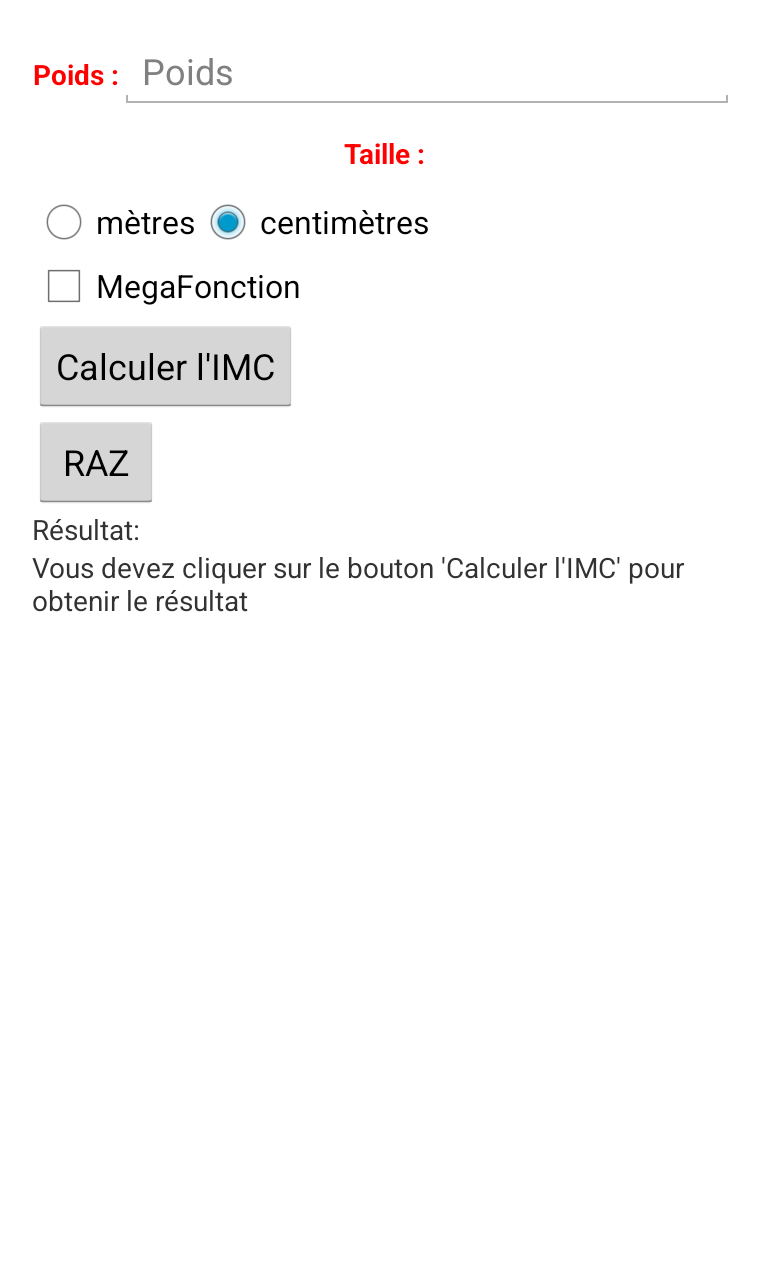
Repository: mikaelpopowicz/cours
Layout: graph/test/res/layout/activity_main.xml
These files come from the project's save history. The layout is drawn as it stood at one moment and after the next save; the edit follows.
It is drawn on a 768 x 1280 px phone screen (xhdpi) without system bars, with theme AppTheme; the app's code is not run.

Above is the layout before, as saved 2014-02-27 07:34:05.

### graph/test/res/layout/activity_main.xml
<LinearLayout xmlns:android="http://schemas.android.com/apk/res/android"
    xmlns:tools="http://schemas.android.com/tools"
    android:layout_width="match_parent"
    android:layout_height="match_parent"
    android:paddingBottom="@dimen/activity_vertical_margin"
    android:paddingLeft="@dimen/activity_horizontal_margin"
    android:paddingRight="@dimen/activity_horizontal_margin"
    android:paddingTop="@dimen/activity_vertical_margin"
    tools:context=".MainActivity"
    android:orientation="vertical" >

    <LinearLayout
        android:layout_width="fill_parent"
        android:layout_height="wrap_content"
        android:orientation="horizontal" >

        <TextView
        android:layout_width="wrap_content"
        android:layout_height="wrap_content"
        android:text="Poids :"
        android:textStyle="bold"
        android:textColor="#FF0000"
        android:gravity="center"/>

    <EditText
        android:id="@+id/poids"
        android:layout_width="fill_parent"
        android:layout_height="wrap_content"
        android:hint="Poids"
        android:inputType="numberDecimal"
        android:layout_weight="1"/>
    </LinearLayout>

    <LinearLayout
        android:layout_width="fill_parent"
        android:layout_height="wrap_content"
        android:orientation="horizontal">

        <TextView
        android:layout_width="fill_parent"
        android:layout_height="wrap_content"
        android:text="Taille :"
        android:textStyle="bold"
        android:textColor="#FF0000"
        android:gravity="center"/>

    <EditText
        android:id="@+id/taille"
        android:layout_width="fill_parent"
        android:layout_height="wrap_content"
        android:hint="taille"
        android:inputType="numberDecimal"
        android:layout_weight="1"/>

    </LinearLayout>



    <RadioGroup
        android:id="@+id/group"
  		android:layout_width="wrap_content"
  		android:layout_height="wrap_content"
  		android:orientation="horizontal" >
  		<RadioButton
  		    android:id="@+id/radio1"
    		android:layout_width="wrap_content"
    		android:layout_height="wrap_content"
    		android:text="mètres" />
  		<RadioButton
  		    android:id="@+id/radio2"
    		android:layout_width="wrap_content"
    		android:layout_height="wrap_content"
    		android:text="centimètres"
    		android:checked="true" />
	</RadioGroup>

    <CheckBox
        android:id="@+id/mega"
  		android:layout_width="fill_parent"
  		android:layout_height="wrap_content"
  		android:text="MegaFonction"  />

    <Button
        android:id="@+id/calcul"
        android:layout_width="wrap_content"
        android:layout_height="wrap_content"
        android:text="Calculer l'IMC"/>

    <Button
        android:id="@+id/raz"
        android:layout_width="wrap_content"
        android:layout_height="wrap_content"
        android:text="RAZ"/>

    <TextView
        android:layout_width="wrap_content"
        android:layout_height="wrap_content"
        android:text="Résultat:"/>

    <TextView
        android:id="@+id/resultat"
        android:layout_height="wrap_content"
        android:layout_width="wrap_content"
        android:text="Vous devez cliquer sur le bouton 'Calculer l'IMC' pour obtenir le résultat"/>

</LinearLayout>

Loaded but not shown: graph/test/res/values/styles.xml (common file); graph/test/res/values-v11/styles.xml (common file); graph/test/res/values-v14/styles.xml (common file); graph/test/res/values/dimens.xml (common file)

After the next save:
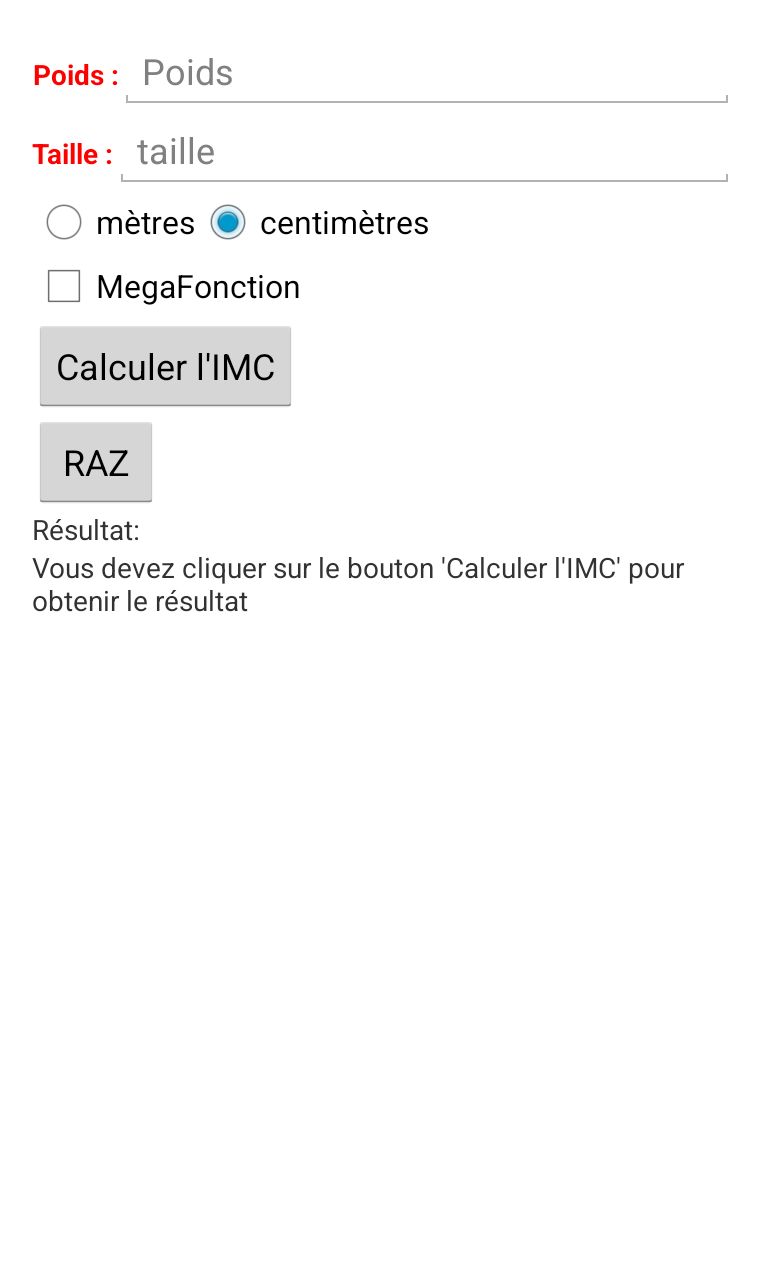
Saved 15 s later.
--- a/graph/test/res/layout/activity_main.xml
+++ b/graph/test/res/layout/activity_main.xml
@@ -37,7 +37,7 @@
         android:orientation="horizontal">
 
         <TextView
-        android:layout_width="fill_parent"
+        android:layout_width="wrap_content"
         android:layout_height="wrap_content"
         android:text="Taille :"
         android:textStyle="bold"
@@ -46,7 +46,7 @@
 
     <EditText
         android:id="@+id/taille"
-        android:layout_width="fill_parent"
+        android:layout_width="wrap_content"
         android:layout_height="wrap_content"
         android:hint="taille"
         android:inputType="numberDecimal"
